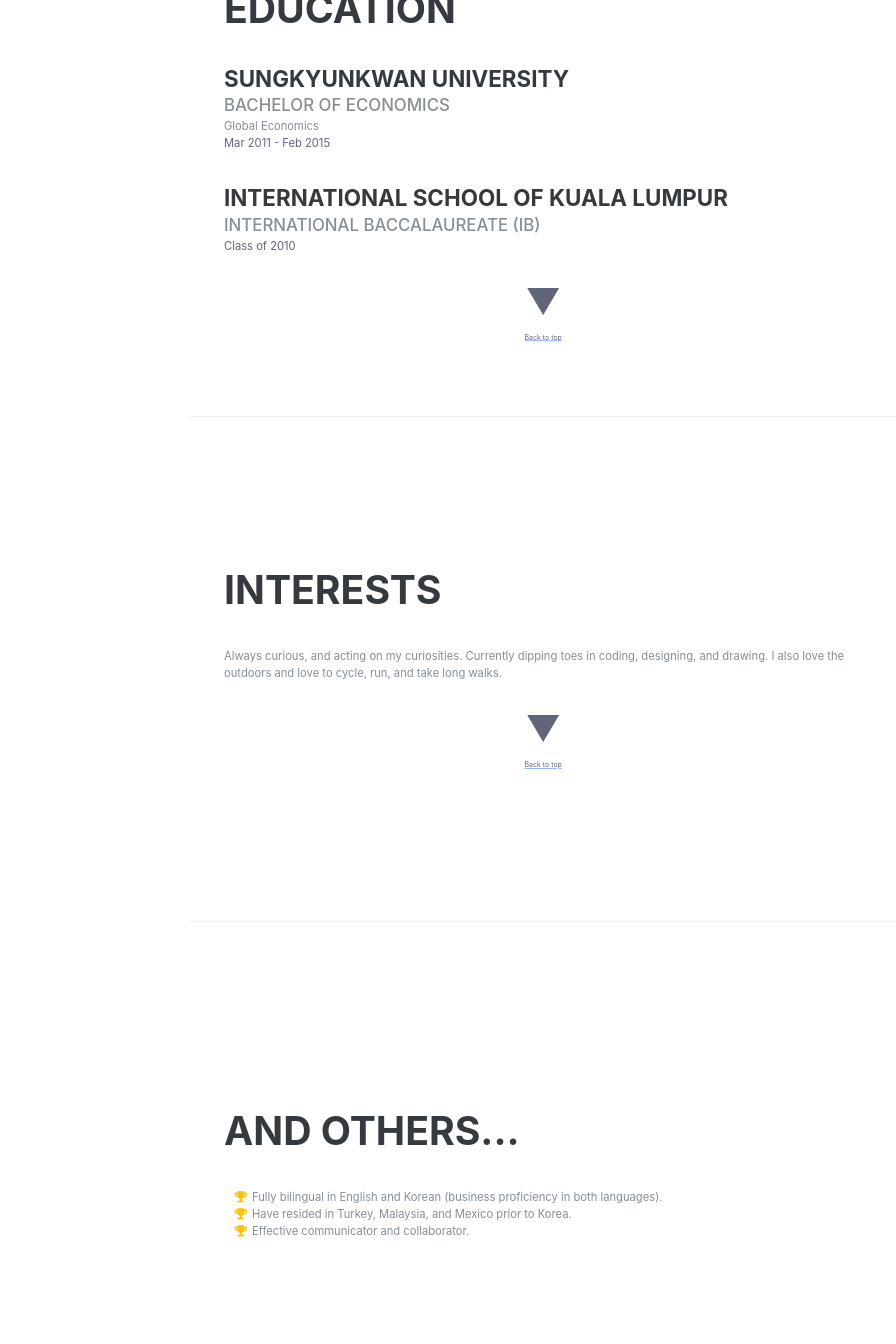
Repository: whitethugcat/whitethugcat.github.io
Page: class/resume-practice/yoojin-resume.html
The author's editor kept a record of every edit. The page is drawn from the files as they stood at one moment, then again after the next edit.
The browser window is 1280 px wide. The pictures show the part of the page from y = 2825 to 4745 px (the page is 4932 px tall), at 70% of full size.
Some web fonts or font styles are not loaded; a fallback is used.

Above is the page before.

After the next edit:
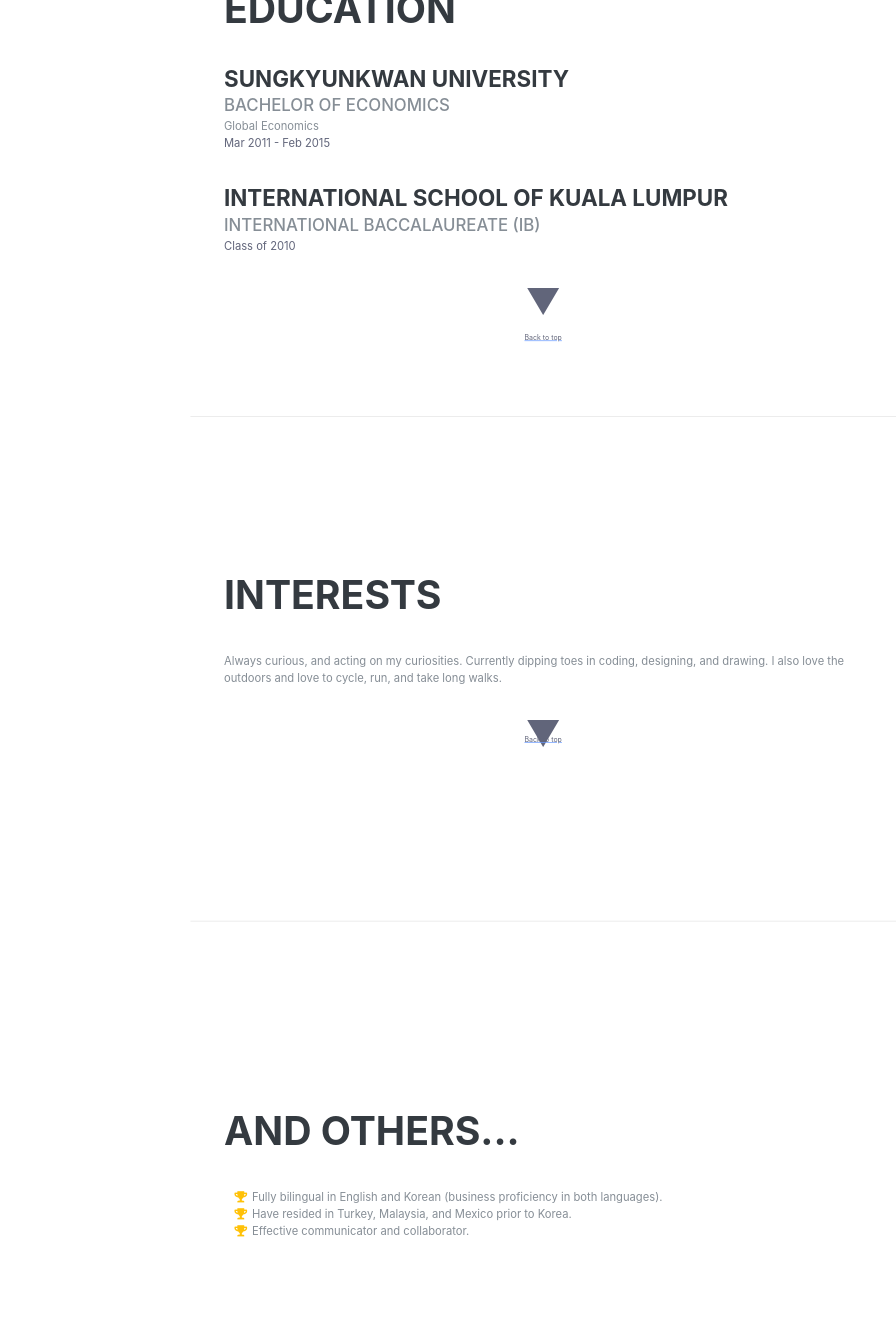
The edit:
--- a/class/resume-practice/css/resume.css
+++ b/class/resume-practice/css/resume.css
@@ -192,3 +192,8 @@ a:hover, a:focus, a:active {
   font-size: 10px;
   text-decoration: underline;
 }
+
+.back-to-top:nth-child(4){
+  margin-top:-4%;
+  margin-bottom: 30px;
+}
